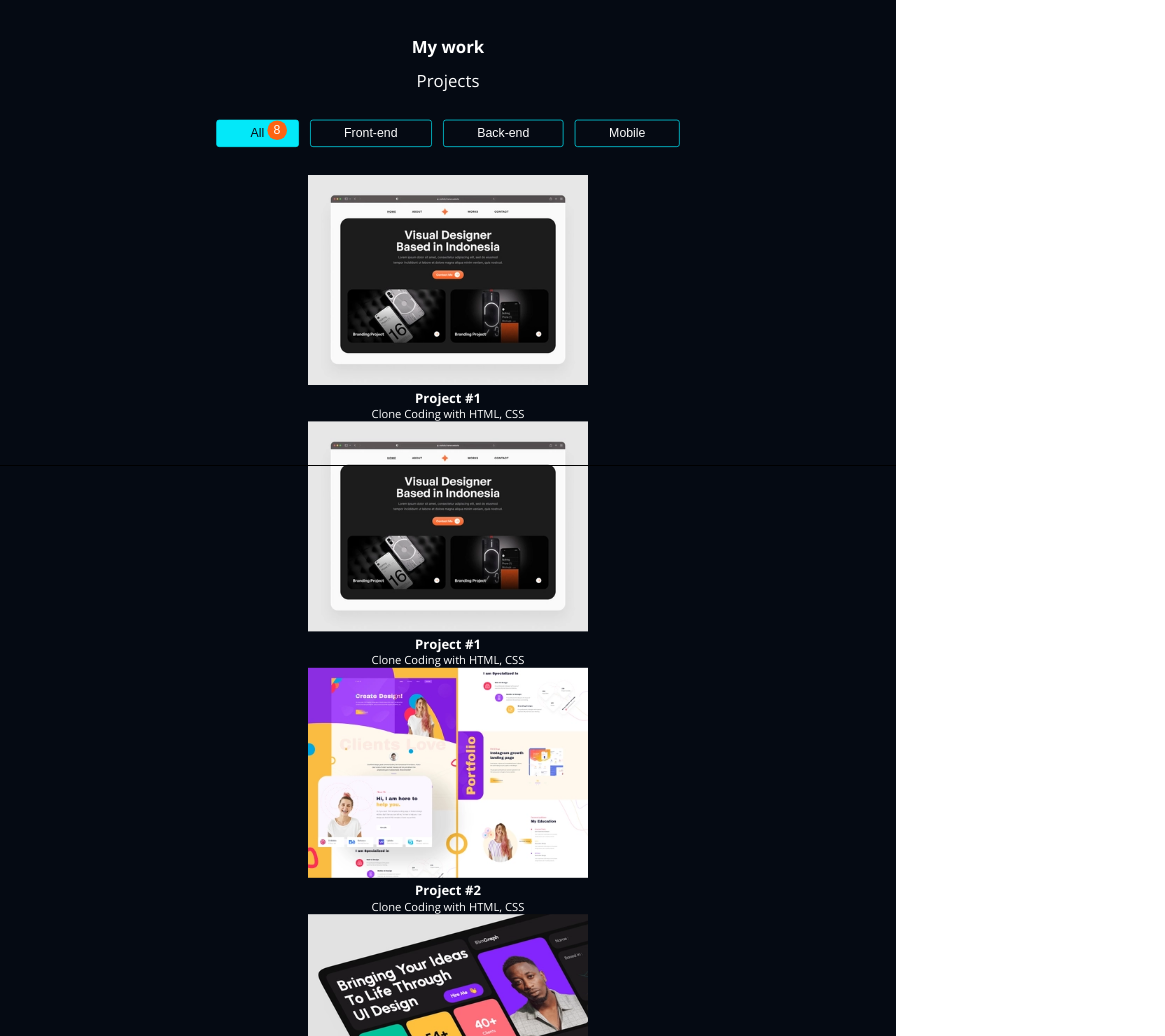
Repository: Arden-Sol/portfolio-website-clone-coding
Page: index.html
These files come from the project's save history. The page is drawn as it stood at one moment and after the next save; the edit follows.
The browser window is 1280 px wide. The page is 1280 px wide, then 1664 px, so the pictures cover 1664 px, including what lies to the right of the window. The pictures show the part of the page from y = 2240 to 3720 px (the page is 6873 px tall before and 4761 px after), at 70% of full size.
Some web libraries are served in a nearby version.

Above is the page before, as saved 2024-03-27 01:11:56.

After the next save:
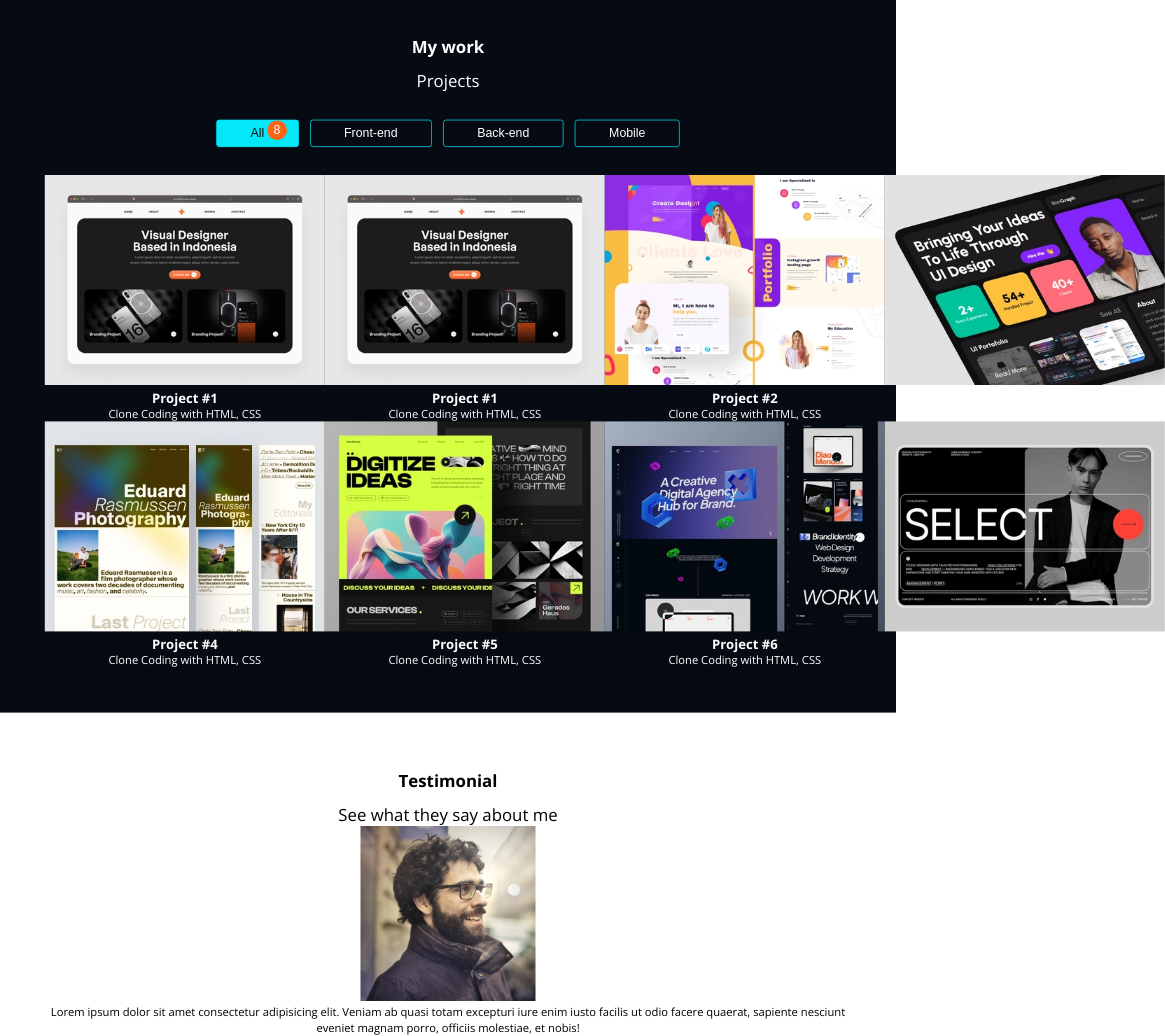
Saved 28 s later.
--- a/css/style.css
+++ b/css/style.css
@@ -293,4 +293,6 @@
 
 .projects {
   display: grid;
-}
+  grid-template-columns: repeat(4, 1fr);
+  grid-template-rows: repeat(2, 1fr);
+}
